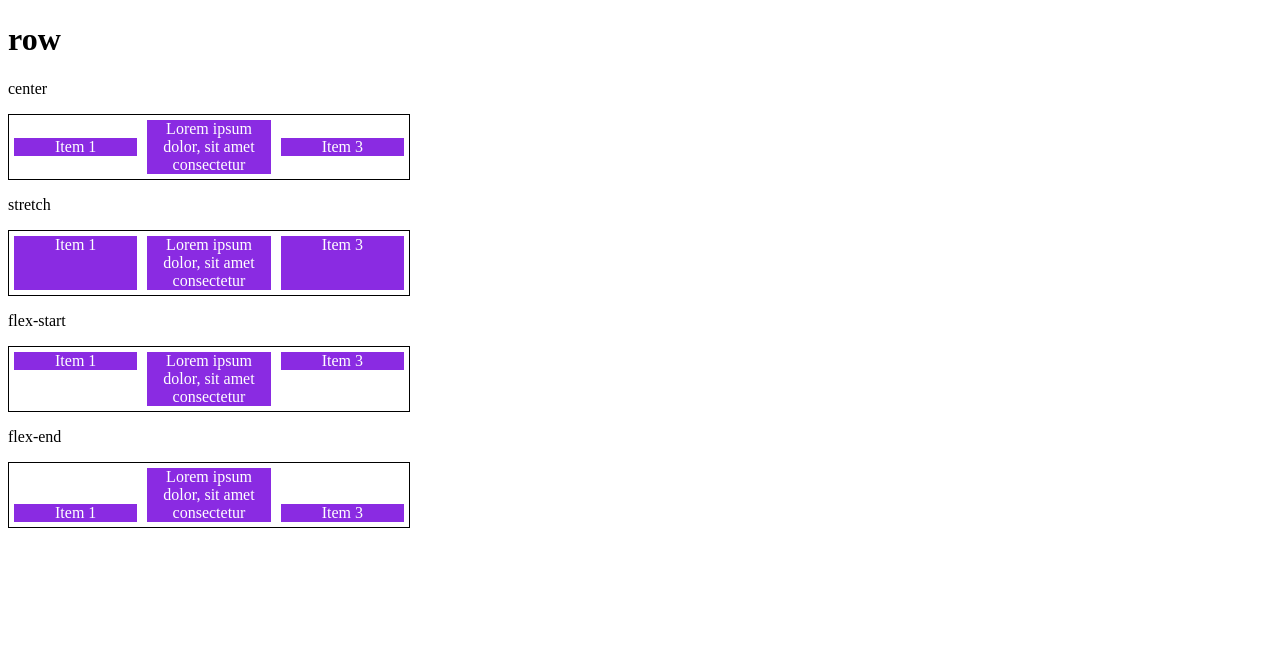
Repository: gabrielbino/projects-dio
Page: Flexbox/@align-items.html
An editor plug-in stored every save of this project. The page is shown before and after the next save, followed by the edit.
The browser window is 1280 px wide. The pictures show the whole page.

Above is the page before, as saved 2021-10-22 18:09:14.

### Flexbox/@align-items.html
<!DOCTYPE html>
<html lang="en">
  <head>
    <meta charset="UTF-8" />
    <meta name="viewport" content="width=device-width, initial-scale=1.0" />
    <title>Fundamentos - align items</title>
    <style>
      .container {
        display: flex;
        max-width: 400px;
        border: 1px solid black;
      }

      .item {
        background-color: blueviolet;
        color: white;
        margin: 5px;
        text-align: center;
        flex: 1;
      }

      .center {
        align-items: center;
      }

      .stretch {
        align-items: stretch;
      }

      .flexStart {
        align-items: flex-start;
      }

      .flexEnd {
        align-items: flex-end;
      }
    </style>
  </head>
  <body>
    <h1>row</h1>
    <p>center</p>
    <section class="container center">
      <div class="item">Item 1</div>
      <div class="item">Lorem ipsum dolor, sit amet consectetur</div>
      <div class="item">Item 3</div>
    </section>

    <p>stretch</p>
    <section class="container stretch">
      <div class="item">Item 1</div>
      <div class="item">Lorem ipsum dolor, sit amet consectetur</div>
      <div class="item">Item 3</div>
    </section>

    <p>flex-start</p>
    <section class="container flexStart">
      <div class="item">Item 1</div>
      <div class="item">Lorem ipsum dolor, sit amet consectetur</div>
      <div class="item">Item 3</div>
    </section>

    <p>flex-end</p>
    <section class="container flexEnd">
      <div class="item">Item 1</div>
      <div class="item">Lorem ipsum dolor, sit amet consectetur</div>
      <div class="item">Item 3</div>
    </section>
  </body>
</html>

After the next save:
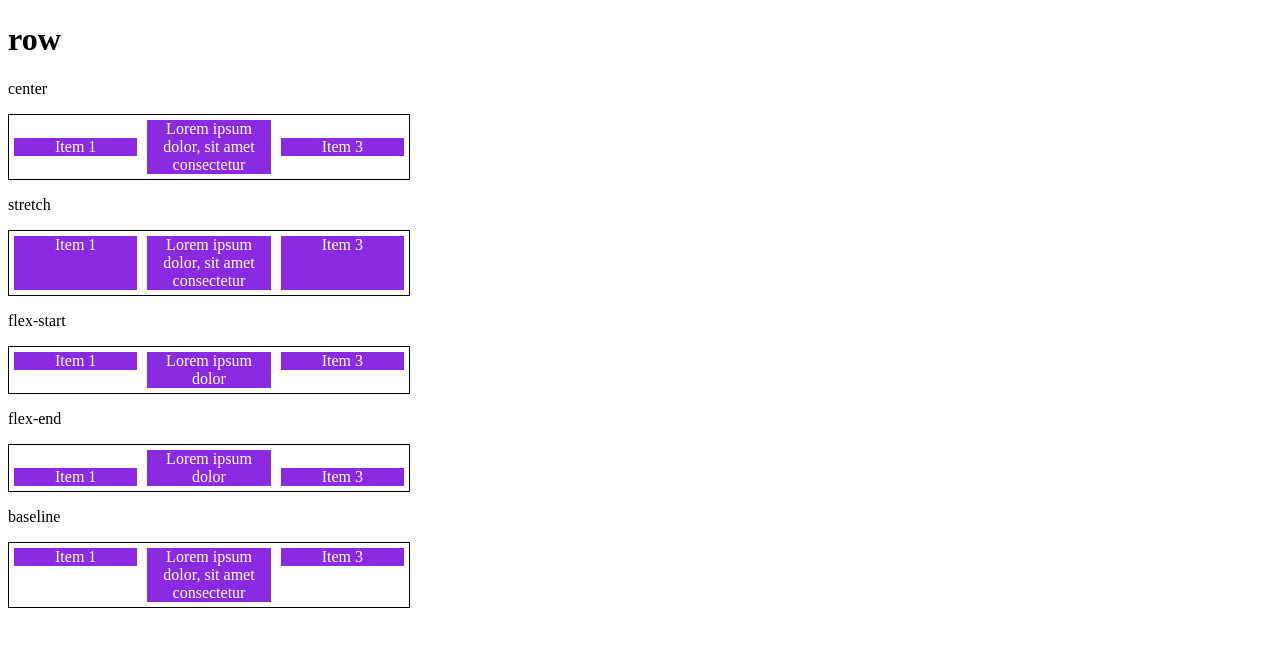
Saved 64 s later.
--- a/Flexbox/@align-items.html
+++ b/Flexbox/@align-items.html
@@ -34,6 +34,10 @@
       .flexEnd {
         align-items: flex-end;
       }
+
+      .baseline {
+        align-items: baseline;
+      }
     </style>
   </head>
   <body>
@@ -55,13 +59,20 @@
     <p>flex-start</p>
     <section class="container flexStart">
       <div class="item">Item 1</div>
-      <div class="item">Lorem ipsum dolor, sit amet consectetur</div>
+      <div class="item">Lorem ipsum dolor</div>
       <div class="item">Item 3</div>
     </section>
 
     <p>flex-end</p>
     <section class="container flexEnd">
       <div class="item">Item 1</div>
+      <div class="item">Lorem ipsum dolor</div>
+      <div class="item">Item 3</div>
+    </section>
+
+    <p>baseline</p>
+    <section class="container baseline">
+      <div class="item">Item 1</div>
       <div class="item">Lorem ipsum dolor, sit amet consectetur</div>
       <div class="item">Item 3</div>
     </section>
